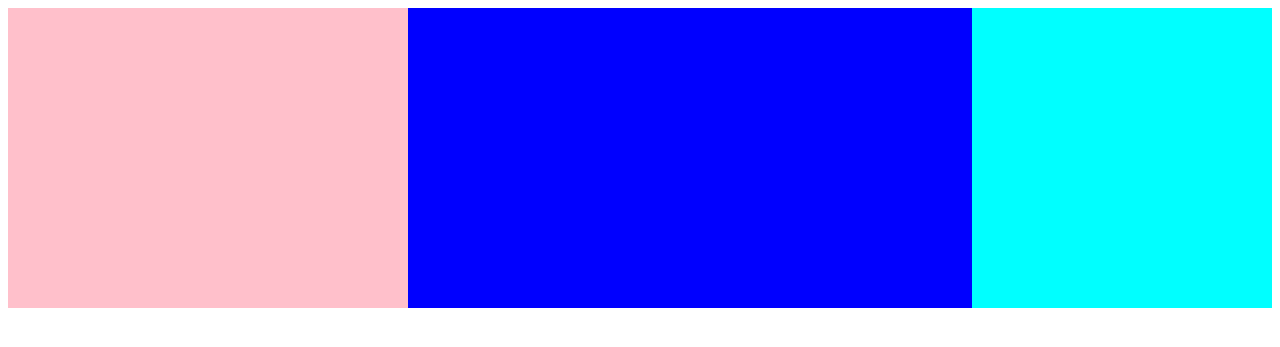
Repository: MMXiaohang/frontend-interview-coding
Page: 17.三栏布局.html
These files come from the project's save history. The page is drawn as it stood at one moment and after the next save; the edit follows.
The browser window is 1280 px wide. The pictures show the whole page.

Above is the page before, as saved 2022-03-31 20:31:40.

After the next save:
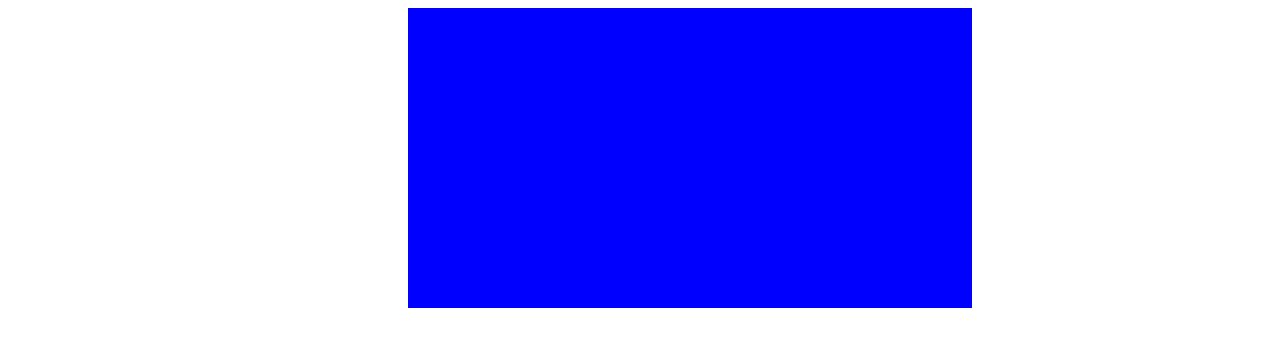
Saved 4 min 11 s later.
--- a/17.三栏布局.html
+++ b/17.三栏布局.html
@@ -27,15 +27,15 @@
 
         #left{
             position: relative;
-            width:400px;
-            left: -400px;
-            margin-left: -100%;
+            width: 400px;
+            /* left: -400px; */
+            /* margin-left: -100%; */
             background-color: pink;
         }
 
         #right{
             width: 300px;
-            margin-right: -300px;
+            /* margin-right: -300px; */
             background-color: aqua;
         }
     </style>
